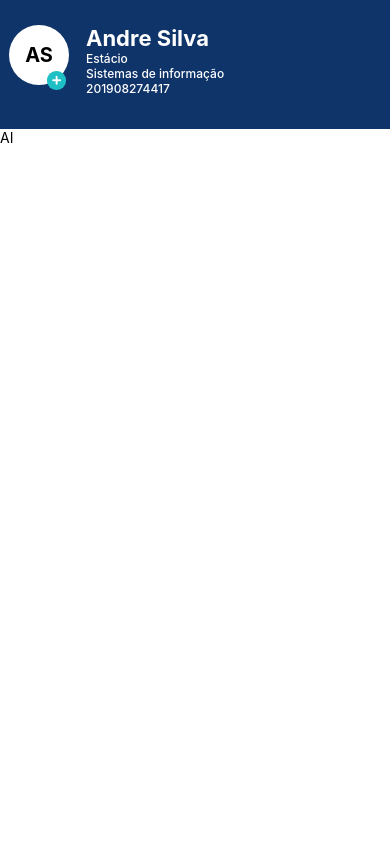
Repository: andre06x/native-estacio
Screen: /
An editor plug-in stored every save of this project. The screen is shown before and after the next save, followed by the edit.
The app was drawn by React Native's web renderer in a window 390 px wide. The project was rebuilt for these pictures with package versions that can differ from the ones it lists, and the page was loaded fresh each time. Also part of the build but not shown: src/Pages/Login/index.tsx.

Above is the screen before, as saved 2022-03-24 14:07:16.

### App.tsx
import { StatusBar } from 'expo-status-bar';
import { StyleSheet, Text, View } from 'react-native';
import { Routes } from "./src/Routes";

export default function App() {
  return (
   <Routes />
  );
}

const styles = StyleSheet.create({
  container: {
    flex: 1,
    backgroundColor: '#fff',
    alignItems: 'center',
    justifyContent: 'center',
  },
});

### src/Routes.tsx
import * as React from 'react';
import { View, Text } from 'react-native';
import { NavigationContainer } from '@react-navigation/native';
import { createNativeStackNavigator } from '@react-navigation/native-stack';
import { Login } from "./Pages/Login";
import { Home } from "./Pages/Home";

const Stack = createNativeStackNavigator();

const Routes = () => {
    return (
      <NavigationContainer>
        <Stack.Navigator>
          <Stack.Screen name="Home" options={{headerShown: false}} component={Home} />
          <Stack.Screen name="Login" options={{headerShown: false}} component={Login} />
        </Stack.Navigator>
      </NavigationContainer>
    );
  }

export { Routes }

### src/Pages/Home/index.tsx
import { StatusBar } from 'expo-status-bar';
import { StyleSheet, Text, View, ScrollView, Image } from 'react-native';
import { SafeAreaView } from "react-native-safe-area-context";
import { FontAwesome5 } from '@expo/vector-icons';

const Home = () => {
  return (
    <SafeAreaView style={styles.container}>
      <StatusBar style="light" backgroundColor="#0F3469" />
      <ScrollView>

        <View style={styles.profile}>
          <View style={styles.profile_text_image}>
            <Text style={styles.profile_text}>AS</Text>
            {/* <Image style={styles.profile_image} source={require('./teste.jpg')} /> */}

            <View style={styles.profile_container_icon}>
              <FontAwesome5 name="plus" size={10} color="white" />
            </View>
          </View>

          <View style={styles.profile_container_info}>
            <Text style={styles.profile_container_info_text}>Andre Silva</Text>

            <Text style={styles.profile_container_info_mini_text}>Estácio</Text>
            <Text style={styles.profile_container_info_mini_text}>Sistemas de informação</Text>
            <Text style={styles.profile_container_info_mini_text}>201908274417</Text>
          </View>


        </View>

        <Text>AI</Text>
      </ScrollView>

    </SafeAreaView>
  );
}

const styles = StyleSheet.create({
  container: {
    flex: 1,
    backgroundColor: '#fff',
  },
  profile: {
    backgroundColor: "#0F3469",
    flexDirection: "row",
    paddingBottom: 33,
    paddingTop: 25,
    paddingHorizontal: 9
  },
  profile_text_image: {
    width: 60,
    position: "relative",
    height: 60,
    borderRadius: 30,
    justifyContent: "center",
    alignItems: "center",
    backgroundColor: "#fff"
  },
  profile_text: {
    fontSize: 20,
    fontWeight: "700"
  },
  profile_image: {
    width: "100%",
    height: "100%",
    borderRadius: 30,
  },
  profile_container_icon: {
    position: "absolute",
    right: 3,
    bottom: -5,
    backgroundColor: "#1FBFC6",
    width: 19,
    height: 19,
    borderRadius: 9,
    justifyContent: "center",
    alignItems: "center"
  },
  profile_container_info: {
    marginLeft: 17,
  },
  profile_container_info_text: {
    color: "#fff",
    fontSize: 22,
    fontWeight: "700"
  },

  profile_container_info_mini_text: {
    color: "#fff",
    fontSize: 12,
    fontWeight: "500"
  },

});

export { Home }

After the next save:
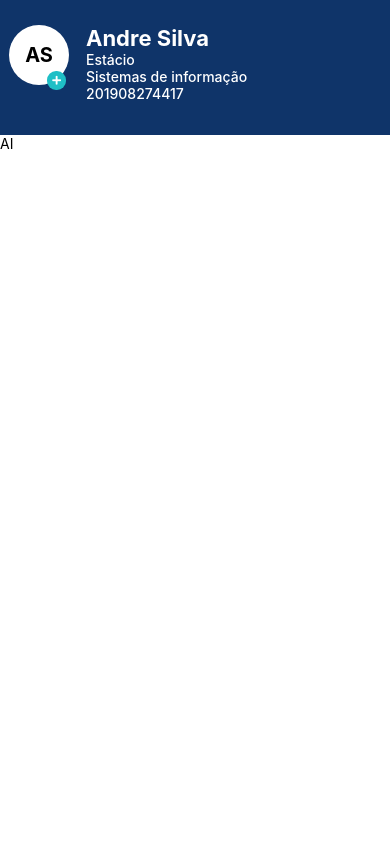
Saved 3 min 37 s later.
--- a/src/Pages/Home/index.tsx
+++ b/src/Pages/Home/index.tsx
@@ -89,7 +89,7 @@
 
   profile_container_info_mini_text: {
     color: "#fff",
-    fontSize: 12,
+    fontSize: 14,
     fontWeight: "500"
   },
 
